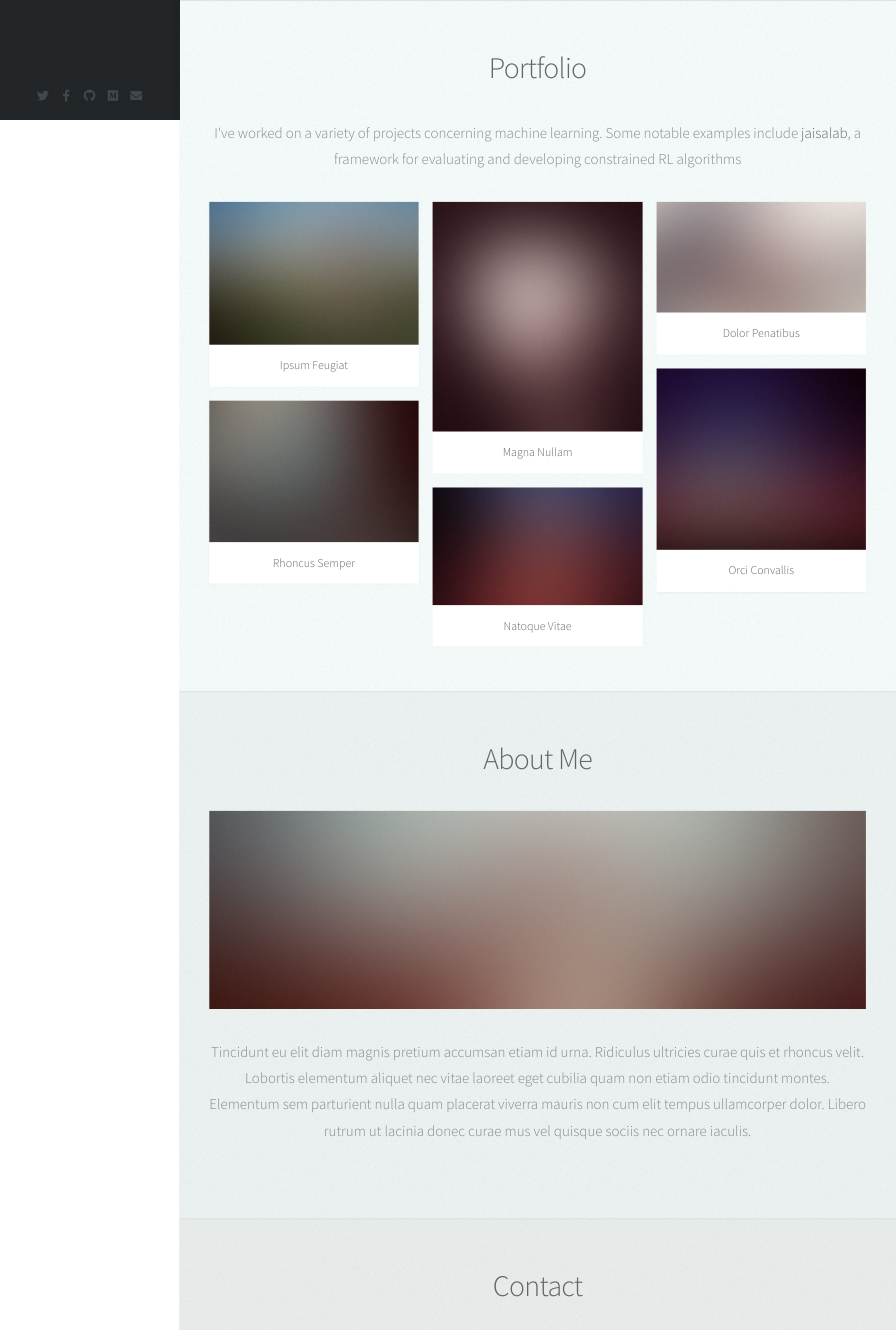
Repository: jaimesabalimperial/jaimesabalimperial.github.io
Page: index.html
An editor plug-in stored every save of this project. The page is shown before and after a run of saves, followed by the edit.
The browser window is 1280 px wide. The pictures show the part of the page from y = 549 to 2449 px (the page is 3303 px tall), at 70% of full size.

Above is the page before, as saved 2022-10-04 11:55:19.

### index.html
<!DOCTYPE HTML>
<!--
	Prologue by HTML5 UP
	html5up.net | @ajlkn
	Free for personal and commercial use under the CCA 3.0 license (html5up.net/license)
-->
<html>
	<head>
		<title>Prologue by HTML5 UP</title>
		<meta charset="utf-8" />
		<meta name="viewport" content="width=device-width, initial-scale=1, user-scalable=no" />
		<link rel="stylesheet" href="assets/css/main.css" />
	</head>
	<body class="is-preload">

		<!-- Header -->
			<div id="header">

				<div class="top">

					<!-- Logo -->
						<div id="logo">
							<span class="image avatar48"><img src="images/profile2.jpeg" alt="" /></span>
							<h1 id="title">Jaime Sabal Bermúdez</h1>
							<p>Machine Learning Engineer/Researcher</p>
						</div>

					<!-- Nav -->
						<nav id="nav">
							<ul>
								<li><a href="#top" id="top-link"><span class="icon solid fa-home">Intro</span></a></li>
								<li><a href="#portfolio" id="portfolio-link"><span class="icon solid fa-th">Portfolio</span></a></li>
								<li><a href="#about" id="about-link"><span class="icon solid fa-user">About Me</span></a></li>
								<li><a href="#contact" id="contact-link"><span class="icon solid fa-envelope">Contact</span></a></li>
							</ul>
						</nav>

				</div>

				<div class="bottom">

					<!-- Social Icons -->
						<ul class="icons">
							<li><a href="#" class="icon brands fa-twitter"><span class="label">Twitter</span></a></li>
							<li><a href="#" class="icon brands fa-facebook-f"><span class="label">Facebook</span></a></li>
							<li><a href="https://github.com/jaimesabalimperial" class="icon brands fa-github"><span class="label">Github</span></a></li>
							<li><a href="https://medium.com/@jsabalb" class="icon brands fa-medium"><span class="label">Medium</span></a></li>
							<li><a href="mailto: jsabalb@gmail.com" class="icon solid fa-envelope"><span class="label">Email</span></a></li>
						</ul>

				</div>

			</div>

		<!-- Main -->
			<div id="main">

				<!-- Intro -->
					<section id="top" class="one dark cover">
						<div class="container">

							<header>
								<h2 class="alt">Hi! I'm <strong>Jaime</strong>, an aspiring <br />
								researcher in machine learning</a>.</h2>
								<p>My interests specifically revolve around reinforcement learning <br />
								and robot learning and control (with focus on evolutionary algorithms).</p>
							</header>

							<footer>
								<a href="#about" class="button scrolly">About Me</a>
							</footer>

						</div>
					</section>

				<!-- Portfolio -->
					<section id="portfolio" class="two">
						<div class="container">

							<header>
								<h2>Portfolio</h2>
							</header>

							<p>I've worked on a variety of projects concerning machine learning. Some notable
							examples include <strong>jaisalab</strong>, a framework for evaluating and developing
							constrained RL
						    algorithms </p>

							<div class="row">
								<div class="col-4 col-12-mobile">
									<article class="item">
										<a href="#" class="image fit"><img src="images/pic02.jpg" alt="" /></a>
										<header>
											<h3>Ipsum Feugiat</h3>
										</header>
									</article>
									<article class="item">
										<a href="#" class="image fit"><img src="images/pic03.jpg" alt="" /></a>
										<header>
											<h3>Rhoncus Semper</h3>
										</header>
									</article>
								</div>
								<div class="col-4 col-12-mobile">
									<article class="item">
										<a href="#" class="image fit"><img src="images/pic04.jpg" alt="" /></a>
										<header>
											<h3>Magna Nullam</h3>
										</header>
									</article>
									<article class="item">
										<a href="#" class="image fit"><img src="images/pic05.jpg" alt="" /></a>
										<header>
											<h3>Natoque Vitae</h3>
										</header>
									</article>
								</div>
								<div class="col-4 col-12-mobile">
									<article class="item">
										<a href="#" class="image fit"><img src="images/pic06.jpg" alt="" /></a>
										<header>
											<h3>Dolor Penatibus</h3>
										</header>
									</article>
									<article class="item">
										<a href="#" class="image fit"><img src="images/pic07.jpg" alt="" /></a>
										<header>
											<h3>Orci Convallis</h3>
										</header>
									</article>
								</div>
							</div>

						</div>
					</section>

				<!-- About Me -->
					<section id="about" class="three">
						<div class="container">

							<header>
								<h2>About Me</h2>
							</header>

							<a href="#" class="image featured"><img src="images/pic08.jpg" alt="" /></a>

							<p>Tincidunt eu elit diam magnis pretium accumsan etiam id urna. Ridiculus
							ultricies curae quis et rhoncus velit. Lobortis elementum aliquet nec vitae
							laoreet eget cubilia quam non etiam odio tincidunt montes. Elementum sem
							parturient nulla quam placerat viverra mauris non cum elit tempus ullamcorper
							dolor. Libero rutrum ut lacinia donec curae mus vel quisque sociis nec
							ornare iaculis.</p>

						</div>
					</section>

				<!-- Contact -->
					<section id="contact" class="four">
						<div class="container">

							<header>
								<h2>Contact</h2>
							</header>

							<p>Elementum sem parturient nulla quam placerat viverra
							mauris non cum elit tempus ullamcorper dolor. Libero rutrum ut lacinia
							donec curae mus. Eleifend id porttitor ac ultricies lobortis sem nunc
							orci ridiculus faucibus a consectetur. Porttitor curae mauris urna mi dolor.</p>

							<form method="post" action="#">
								<div class="row">
									<div class="col-6 col-12-mobile"><input type="text" name="name" placeholder="Name" /></div>
									<div class="col-6 col-12-mobile"><input type="text" name="email" placeholder="Email" /></div>
									<div class="col-12">
										<textarea name="message" placeholder="Message"></textarea>
									</div>
									<div class="col-12">
										<input type="submit" value="Send Message" />
									</div>
								</div>
							</form>

						</div>
					</section>

			</div>

		<!-- Footer -->
			<div id="footer">

				<!-- Copyright -->
					<ul class="copyright">
						<li>&copy; Untitled. All rights reserved.</li><li>Design: <a href="http://html5up.net">HTML5 UP</a></li>
					</ul>

			</div>

		<!-- Scripts -->
			<script src="assets/js/jquery.min.js"></script>
			<script src="assets/js/jquery.scrolly.min.js"></script>
			<script src="assets/js/jquery.scrollex.min.js"></script>
			<script src="assets/js/browser.min.js"></script>
			<script src="assets/js/breakpoints.min.js"></script>
			<script src="assets/js/util.js"></script>
			<script src="assets/js/main.js"></script>

	</body>
</html>

Loaded but not shown: assets/css/fontawesome-all.min.css (library); assets/js/jquery.min.js (library); assets/js/jquery.scrolly.min.js (common file); assets/js/jquery.scrollex.min.js (common file); assets/js/browser.min.js (common file); assets/js/breakpoints.min.js (common file); assets/js/util.js (587 lines, source omitted); assets/js/main.js (123 lines, source omitted); assets/css/main.css (2633 lines, source omitted)

After the next 8 saves:
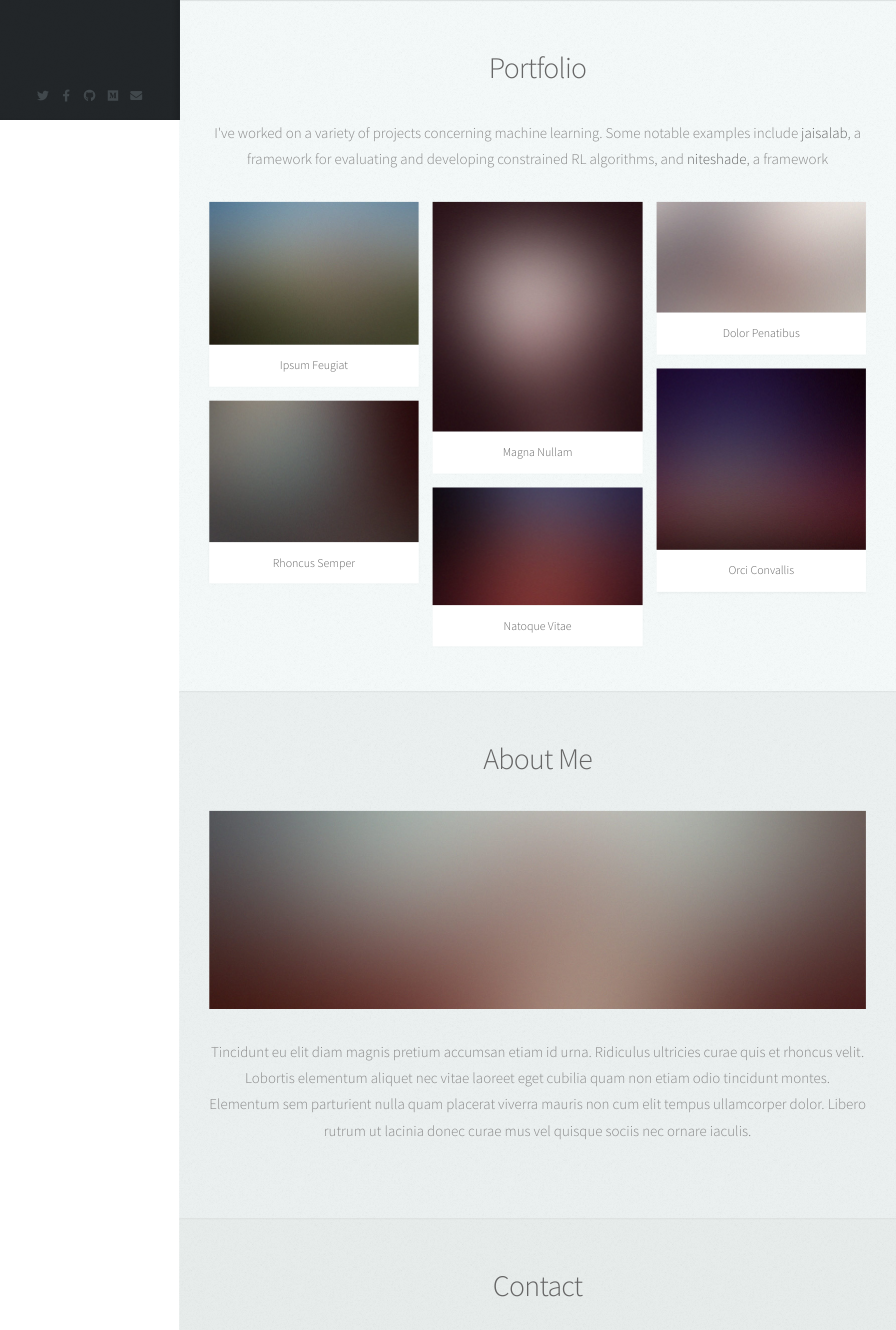
The 8 saves are shown as one change because they came seconds apart.
The last was saved 20 s later.
--- a/index.html
+++ b/index.html
@@ -83,8 +83,7 @@
 
 							<p>I've worked on a variety of projects concerning machine learning. Some notable
 							examples include <strong>jaisalab</strong>, a framework for evaluating and developing
-							constrained RL
-						    algorithms </p>
+							constrained RL algorithms, and <strong>niteshade</strong>, a framework  </p>
 
 							<div class="row">
 								<div class="col-4 col-12-mobile">
